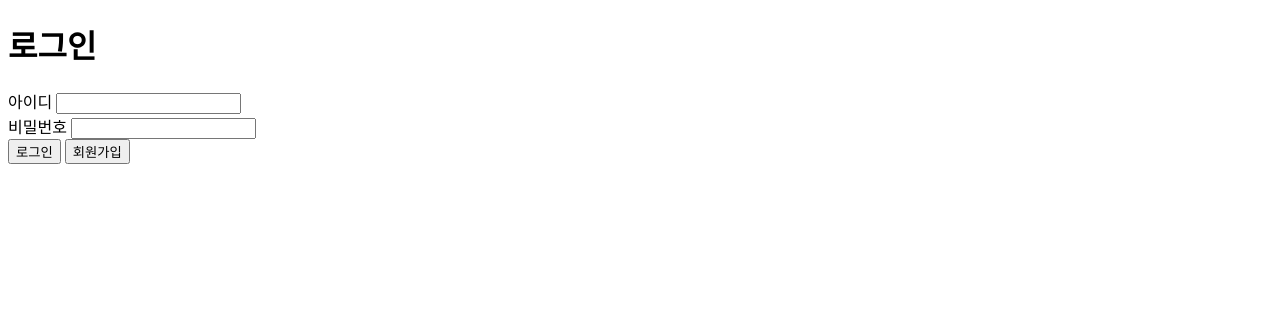
Repository: jsy8315/KOPO_SPRING
Page: http://localhost/jsp_assign/login.jsp
An editor plug-in stored every save of this project. The page is shown before and after the next save, followed by the edit.
The browser window is 1280 px wide. The pictures show the whole page.
The page is served by Tomcat 10. Other server files are loaded and not shown.

Above is the page before, as saved 2023-07-03 02:08:01.

### jsp_assign/src/main/webapp/login.jsp
<%@ page language="java" contentType="text/html; charset=UTF-8"
    pageEncoding="UTF-8"%>
<% if(session.getAttribute("ValidMem") != null) {%>
	<jsp:forward page="adminMain.jsp"></jsp:forward>
<% }%>

<!DOCTYPE html>
<html>
<head>
<meta http-equiv="Content-Type" content="text/html; charset=UTF-8">
<title>login.jsp</title>
<script src="https://static.nid.naver.com/js/naveridlogin_js_sdk_2.0.2.js" charset="utf-8"></script>
</head>
<body>
<h1>로그인</h1>
	<form action="loginOk.jsp" method="post">
		아이디&nbsp;<input type="text" name="id" value="<% if(session.getAttribute("id") != null) out.println(session.getAttribute("id")); %>"> <br />
		비밀번호&nbsp;<input type="password" name="pw"><br />
		<input type="submit" value="로그인">
		<input type="button" value="회원가입" onclick="javascript:window.location='join.jsp'"><br />
	</form>
</body>
</html>

After the next save:
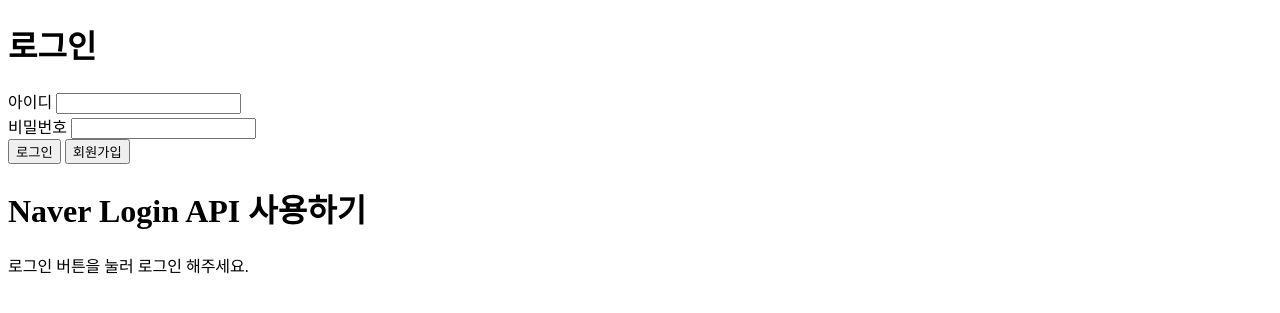
Saved 2 min 23 s later.
--- a/jsp_assign/src/main/webapp/login.jsp
+++ b/jsp_assign/src/main/webapp/login.jsp
@@ -19,5 +19,16 @@
 		<input type="submit" value="로그인">
 		<input type="button" value="회원가입" onclick="javascript:window.location='join.jsp'"><br />
 	</form>
+  <div class="container">
+    <h1>Naver Login API 사용하기</h1>
+    <div class="login-area">
+      <div id="message">
+        로그인 버튼을 눌러 로그인 해주세요.
+      </div>
+      <div id="button_area">
+        <div id="naverIdLogin"></div>
+      </div>
+    </div>
+   </div>
 </body>
 </html>
